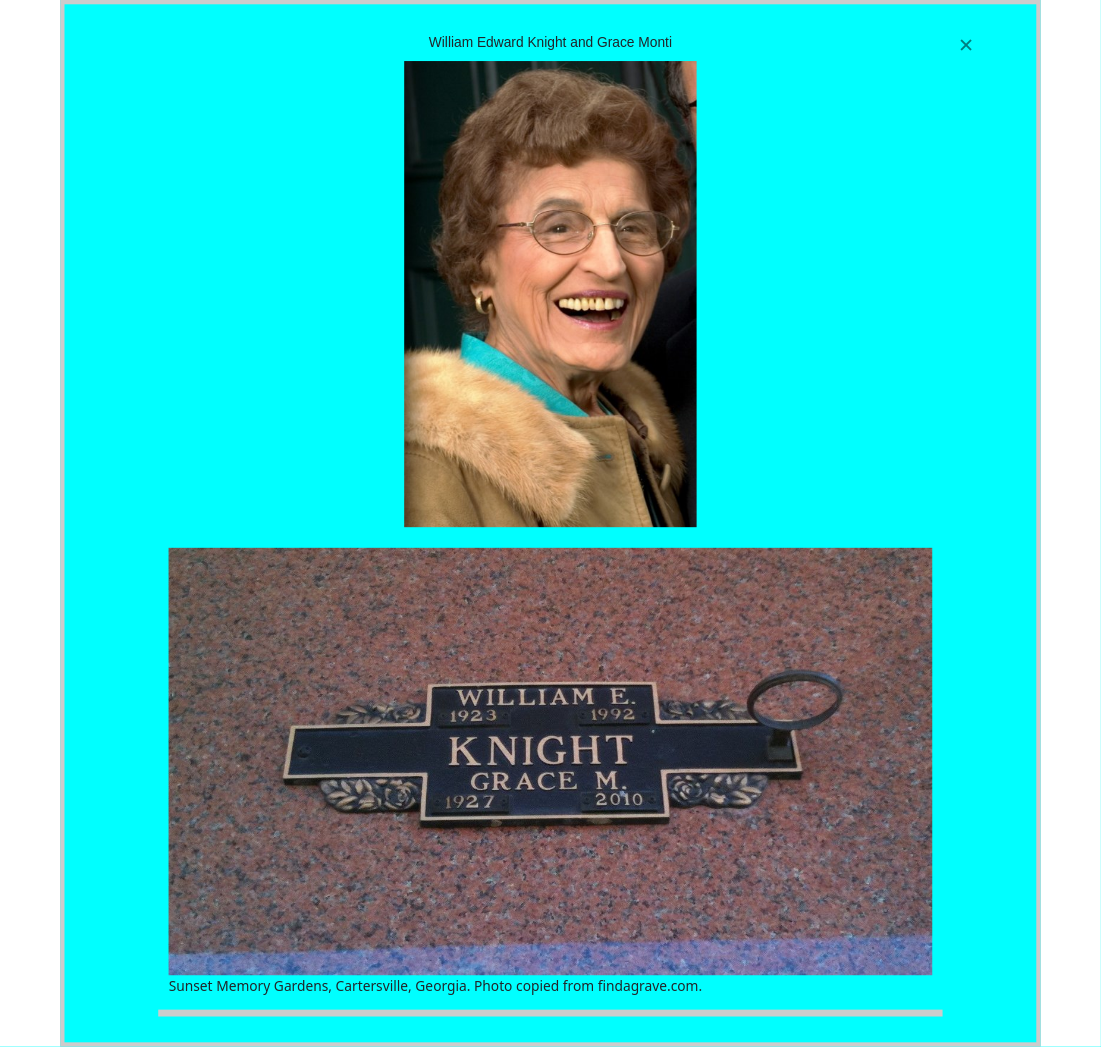
Repository: George2916/GreensladeFamilyTree
Page: photoWilliamEdwardKnightBorn1923.html
The author's editor kept a record of every edit. The page is drawn from the files as they stood at one moment, then again after the next edit.
The browser window is 1280 px wide. The pictures show the whole page, at 86% of full size.

Above is the page before.

After the next edit:
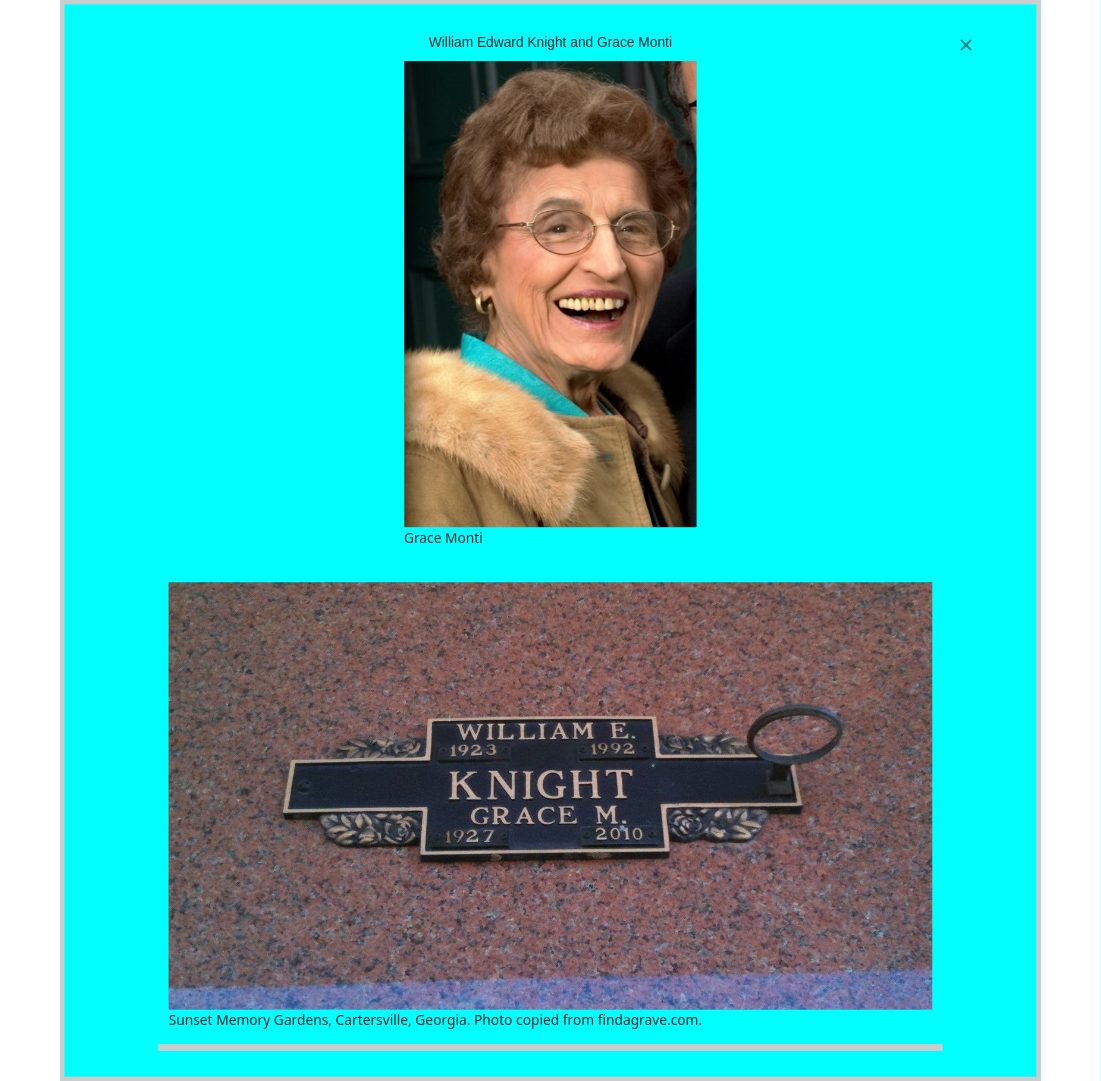
The edit:
--- a/photoWilliamEdwardKnightBorn1923.html
+++ b/photoWilliamEdwardKnightBorn1923.html
@@ -43,6 +43,7 @@
             <div class="col-12 col-md-4">
                 <div>
                 <img class="img-fluid" src="images/graceMonti.jpg">
+                <p>Grace Monti</p>
                 </div>
             </div>
 
